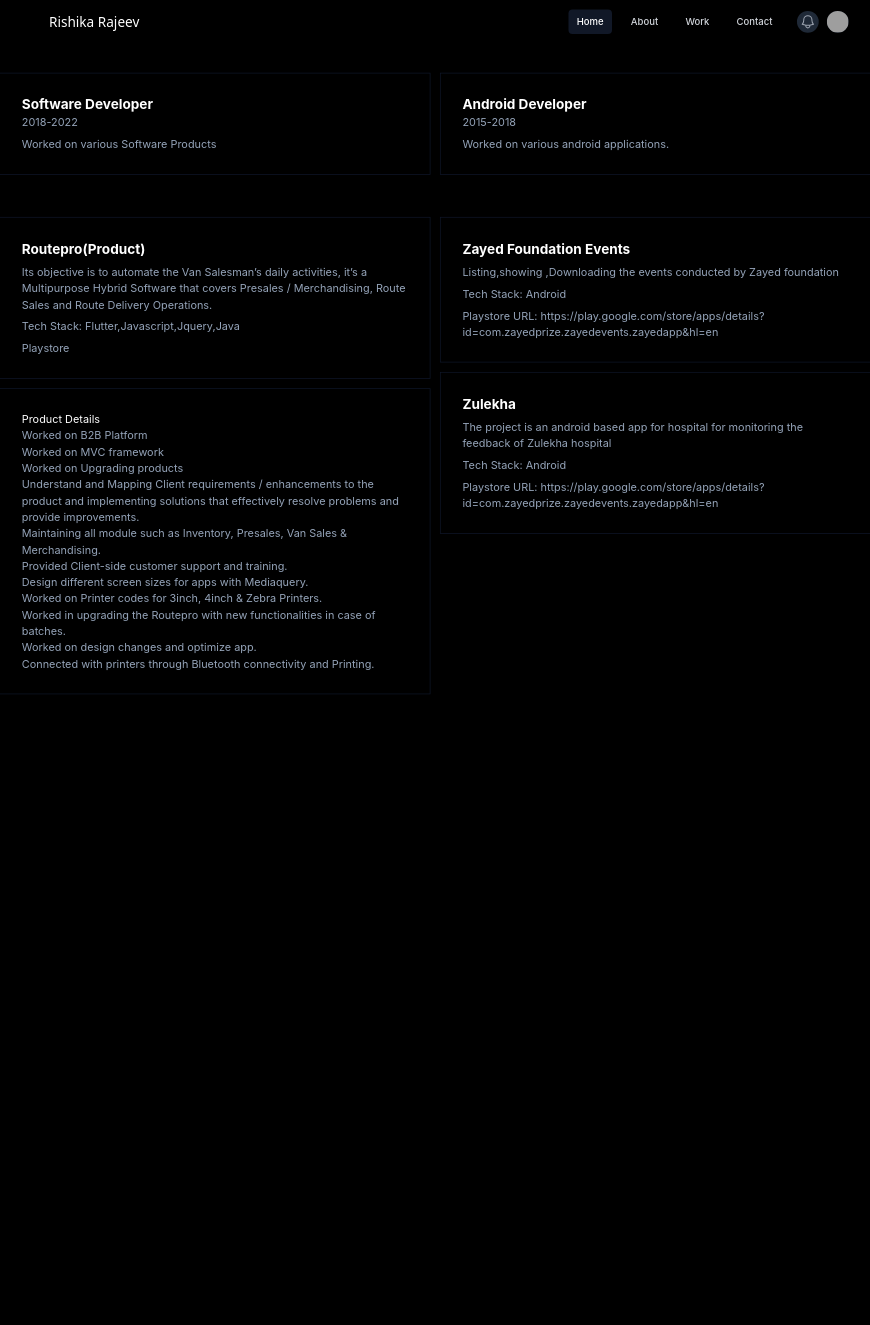
Repository: rishikarajeev/portfolio_rishika
Page: /work
An editor plug-in stored every save of this project. The page is shown before and after a run of saves, followed by the edit.
The browser window is 1280 px wide. The pictures show the whole page, at 68% of full size.
Pictures or frames that could not be fetched are drawn as grey boxes. The project was rebuilt for these pictures with package versions that can differ from the ones it lists, and the page was loaded fresh each time. Also part of the build but not shown: src/Pages/Home.jsx, src/Pages/About.jsx, src/Pages/Contact.jsx.

Above is the page before, as saved 2023-10-23 18:52:03.

After the next 2 saves:
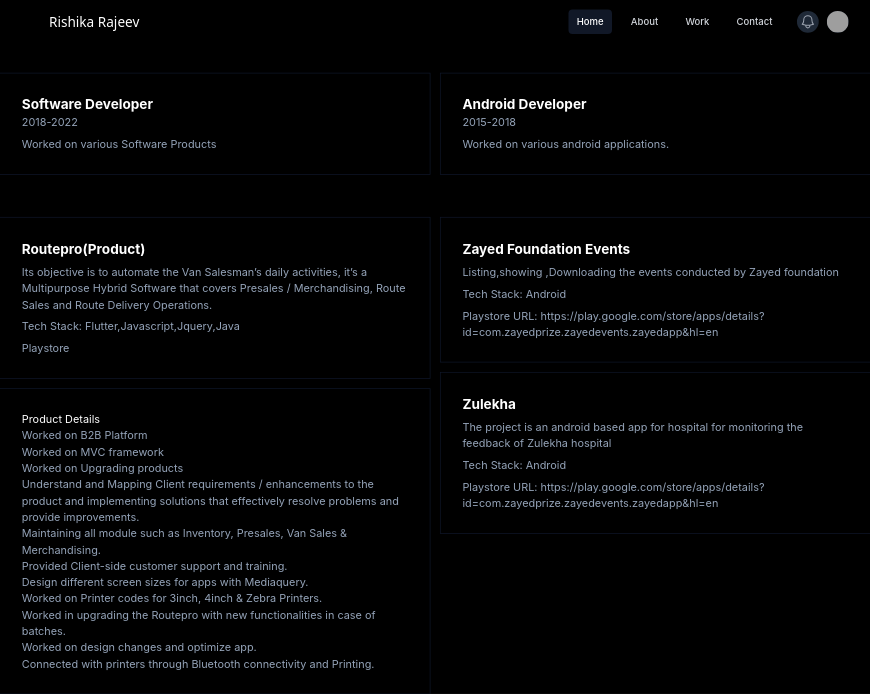
The 2 saves are shown as one change because they came seconds apart.
The last was saved 6 s later.
--- a/src/Pages/Mywork.jsx
+++ b/src/Pages/Mywork.jsx
@@ -12,7 +12,6 @@ function Mywork() {
         {" "}
         <div className="container mx-auto  dark dark:bg-black">
           <h2 className="text-3xl font-bold mb-2 ">Work Experience</h2>
-          <div class=" md:grid md:grid-rows-2 md:gap-4 divide-y divide-dashed dark dark:bg-black gap-4">
 
           <div class="grid grid-cols-1 md:grid-cols-2 gap-4 dark dark:bg-black">
             <div className="dark md:bg-black">
@@ -91,7 +90,6 @@ function Mywork() {
                         </ul>
             </div>
           </div>
-          </div>
         </div>
       </div>
     </div>
